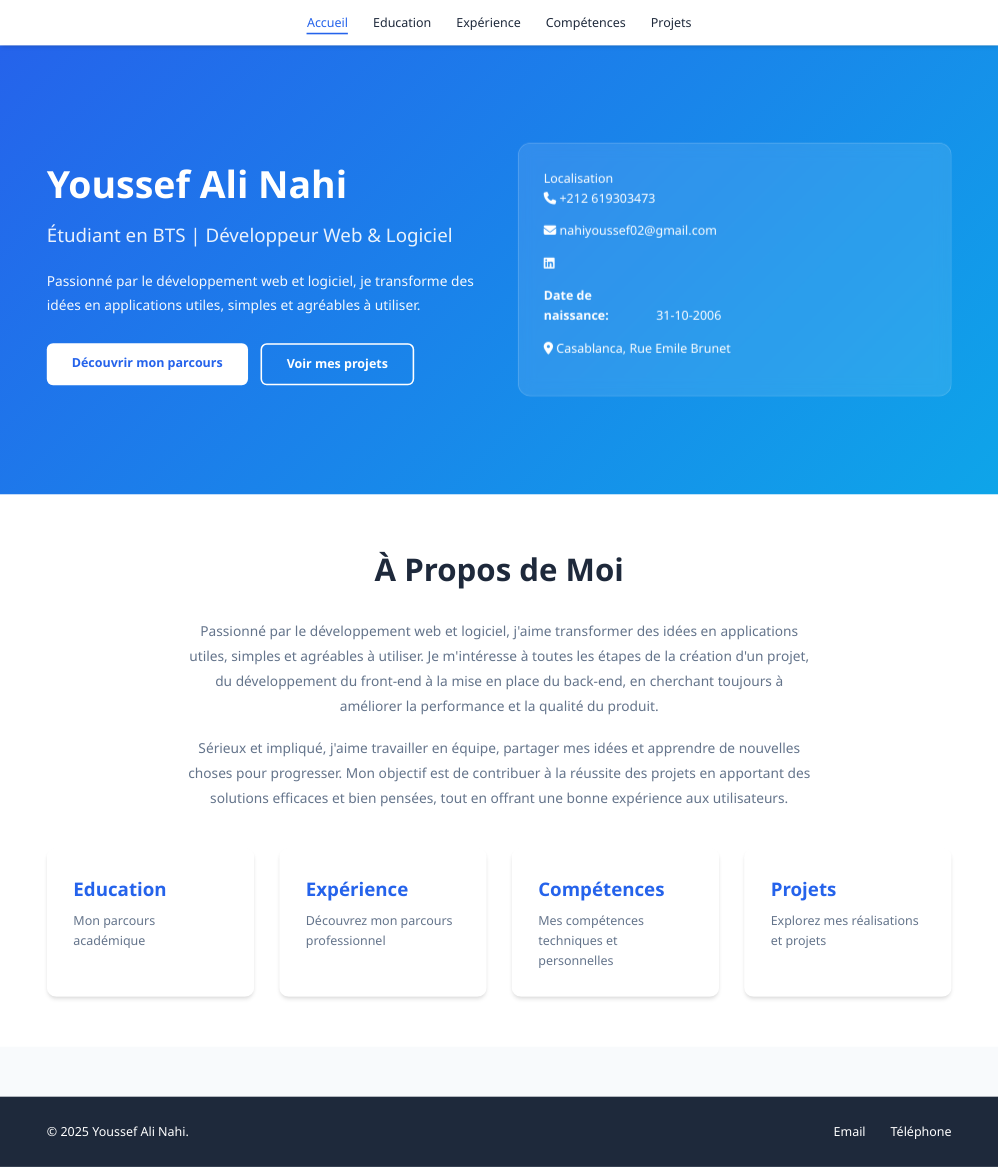
Repository: Youssef-Nahi504/My_Portfolio
Page: index.html
An editor plug-in stored every save of this project. The page is shown before and after the next save, followed by the edit.
The browser window is 1280 px wide. The pictures show the whole page, at 78% of full size.

Above is the page before, as saved 2025-12-21 13:25:13.

### index.html
<!DOCTYPE html>
<html lang="fr">

<head>
    <meta charset="UTF-8">
    <meta name="viewport" content="width=device-width, initial-scale=1.0">
    <title>Youssef Ali Nahi - Portfolio</title>
    <link rel="stylesheet" href="style.css">
    <link rel="stylesheet" href="https://cdnjs.cloudflare.com/ajax/libs/font-awesome/6.5.1/css/all.min.css">
</head>

<body>
    <nav class="navbar">
        <div class="nav-container">
            <ul class="nav-menu">
                <li><a href="index.html" class="active">Accueil</a></li>
                <li><a href="Education.html">Education</a></li>
                <li><a href="experience.html">Expérience</a></li>
                <li><a href="competences.html">Compétences</a></li>
                <li><a href="projets.html">Projets</a></li>
            </ul>
        </div>
    </nav>

    <main>
        <section class="hero">
            <div class="hero-content">
                <div class="hero-text">
                    <h1>Youssef Ali Nahi</h1>
                    <h2>Étudiant en BTS | Développeur Web & Logiciel</h2>
                    <p class="hero-subtitle">Passionné par le développement web et logiciel, je transforme des idées en
                        applications utiles, simples et agréables à utiliser.</p>
                    <div class="hero-buttons">
                        <a href="experience.html" class="btn btn-primary">Découvrir mon parcours</a>
                        <a href="projets.html" class="btn btn-secondary">Voir mes projets</a>
                    </div>
                </div>
                <div class="hero-image">
                    <div class="profile-card">
                        <div class="profile-info">

                             Localisation
                            <p><i class="fa-solid fa-phone"></i> +212 619303473</p>
                            <p> <i class="fa-solid fa-envelope"></i> nahiyoussef02@gmail.com</p>
                            <p><i class="fa-brands fa-linkedin"></i></p>
                            <p><strong>Date de naissance:</strong> 31-10-2006</p>
                            <p><i class="fa-solid fa-location-dot"></i> Casablanca, Rue Emile Brunet</p>
                        </div>
                    </div>
                </div>
            </div>
        </section>

        <section class="about">
            <div class="container">
                <h2 class="section-title">À Propos de Moi</h2>
                <div class="about-content">
                    <p>
                        Passionné par le développement web et logiciel, j'aime transformer des idées en applications
                        utiles, simples et agréables à utiliser. Je m'intéresse à toutes les étapes de la création d'un
                        projet, du développement du front-end à la mise en place du back-end, en cherchant toujours à
                        améliorer la performance et la qualité du produit.
                    </p>
                    <p>
                        Sérieux et impliqué, j'aime travailler en équipe, partager mes idées et apprendre de nouvelles
                        choses pour progresser. Mon objectif est de contribuer à la réussite des projets en apportant
                        des solutions efficaces et bien pensées, tout en offrant une bonne expérience aux utilisateurs.
                    </p>
                </div>
                <div class="quick-links">
                    <a href="Education.html" class="quick-link-card">
                        <h3>Education</h3>
                        <p>Mon parcours académique</p>
                    </a>

                    <a href="experience.html" class="quick-link-card">
                        <h3>Expérience</h3>
                        <p>Découvrez mon parcours professionnel</p>
                    </a>
                    <a href="competences.html" class="quick-link-card">
                        <h3>Compétences</h3>
                        <p>Mes compétences techniques et personnelles</p>
                    </a>
                    <a href="projets.html" class="quick-link-card">
                        <h3>Projets</h3>
                        <p>Explorez mes réalisations et projets</p>
                    </a>
                </div>
            </div>
        </section>
    </main>

    <footer>
        <div class="container">
            <p>&copy; 2025 Youssef Ali Nahi.</p>
            <div class="footer-links">
                <a href="mailto:nahiyoussef02@gmail.com">Email</a>
                <a href="tel:+212619303473">Téléphone</a>
            </div>
        </div>
    </footer>

    <script src="file.js"></script>
</body>

</html>

### style.css
* {
    margin: 0;
    padding: 0;
    box-sizing: border-box;
}

:root {
    --primary-color: #2563eb;
    --primary-dark: #1e40af;
    --secondary-color: #64748b;
    --accent-color: #0ea5e9;
    --text-dark: #1e293b;
    --text-light: #64748b;
    --bg-light: #f8fafc;
    --bg-white: #ffffff;
    --border-color: #e2e8f0;
    --shadow: 0 4px 6px -1px rgba(0, 0, 0, 0.1), 0 2px 4px -1px rgba(0, 0, 0, 0.06);
    --shadow-lg: 0 10px 15px -3px rgba(0, 0, 0, 0.1), 0 4px 6px -2px rgba(0, 0, 0, 0.05);
}

body {
    font-family: 'Segoe UI', Tahoma, Geneva, Verdana, sans-serif;
    line-height: 1.6;
    color: var(--text-dark);
    background-color: var(--bg-light);
}

.container {
    max-width: 1200px;
    margin: 0 auto;
    padding: 0 20px;
}

/* Navigation */
.navbar {
    background: var(--bg-white);
    box-shadow: var(--shadow);
    position: sticky;
    top: 0;
    z-index: 1000;
    padding: 1rem 0;
}

.nav-container {
    max-width: 1200px;
    margin: 0 auto;
    padding: 0 20px;
    display: flex;
  justify-content: center; /* horizontal */
  align-items: center;
}

.logo {
    font-size: 1.5rem;
    font-weight: bold;
    color: var(--primary-color);
    letter-spacing: 2px;
}

.nav-menu {
    display: flex;
    list-style: none;
    gap: 2rem;
}

.nav-menu a {
    text-decoration: none;
    color: var(--text-dark);
    font-weight: 500;
    transition: color 0.3s ease;
    position: relative;
}

.nav-menu a:hover,
.nav-menu a.active {
    color: var(--primary-color);
}

.nav-menu a.active::after {
    content: '';
    position: absolute;
    bottom: -5px;
    left: 0;
    width: 100%;
    height: 2px;
    background: var(--primary-color);
}

.hamburger {
    display: none;
    flex-direction: column;
    cursor: pointer;
    gap: 4px;
}

.hamburger span {
    width: 25px;
    height: 3px;
    background: var(--text-dark);
    transition: all 0.3s ease;
}

/* Hero Section */
.hero {
    background: linear-gradient(135deg, var(--primary-color) 0%, var(--accent-color) 100%);
    color: white;
    padding: 4rem 0;
    min-height: 80vh;
    display: flex;
    align-items: center;
}

.hero-content {
    max-width: 1200px;
    margin: 0 auto;
    padding: 0 20px;
    display: grid;
    grid-template-columns: 1fr 1fr;
    gap: 3rem;
    align-items: center;
}

.hero-text h1 {
    font-size: 3rem;
    margin-bottom: 0.5rem;
    font-weight: 700;
}

.hero-text h2 {
    font-size: 1.5rem;
    margin-bottom: 1.5rem;
    opacity: 0.9;
    font-weight: 400;
}

.hero-subtitle {
    font-size: 1.1rem;
    margin-bottom: 2rem;
    opacity: 0.95;
    line-height: 1.8;
}

.hero-buttons {
    display: flex;
    gap: 1rem;
    flex-wrap: wrap;
}

.btn {
    padding: 0.75rem 2rem;
    border-radius: 8px;
    text-decoration: none;
    font-weight: 600;
    transition: all 0.3s ease;
    display: inline-block;
}

.btn-primary {
    background: white;
    color: var(--primary-color);
}

.btn-primary:hover {
    transform: translateY(-2px);
    box-shadow: var(--shadow-lg);
}

.btn-secondary {
    background: transparent;
    color: white;
    border: 2px solid white;
}

.btn-secondary:hover {
    background: white;
    color: var(--primary-color);
}

.profile-card {
    background: rgba(255, 255, 255, 0.1);
    backdrop-filter: blur(10px);
    border-radius: 16px;
    padding: 2rem;
    border: 1px solid rgba(255, 255, 255, 0.2);
}

.profile-info p {
    margin-bottom: 1rem;
    font-size: 1rem;
}

.profile-info strong {
    display: inline-block;
    width: 140px;
}

/* About Section */
.about {
    padding: 4rem 0;
    background: var(--bg-white);
}

.section-title {
    font-size: 2.5rem;
    margin-bottom: 2rem;
    text-align: center;
    color: var(--text-dark);
}

.about-content {
    max-width: 800px;
    margin: 0 auto 3rem;
    text-align: center;
}

.about-content p {
    font-size: 1.1rem;
    color: var(--text-light);
    margin-bottom: 1.5rem;
    line-height: 1.8;
}

.quick-links {
    display: grid;
    grid-template-columns: repeat(auto-fit, minmax(250px, 1fr));
    gap: 2rem;
    margin-top: 3rem;
}

.quick-link-card {
    background: var(--bg-white);
    padding: 2rem;
    border-radius: 12px;
    text-decoration: none;
    color: var(--text-dark);
    box-shadow: var(--shadow);
    transition: all 0.3s ease;
    border: 2px solid transparent;
}

.quick-link-card:hover {
    transform: translateY(-5px);
    box-shadow: var(--shadow-lg);
    border-color: var(--primary-color);
}

.quick-link-card h3 {
    color: var(--primary-color);
    margin-bottom: 0.5rem;
    font-size: 1.5rem;
}

.quick-link-card p {
    color: var(--text-light);
}

/* Page Header */
.page-header {
    background: linear-gradient(135deg, var(--primary-color) 0%, var(--accent-color) 100%);
    color: white;
    padding: 3rem 0;
    text-align: center;
}

.page-header h1 {
    font-size: 3rem;
    margin-bottom: 0.5rem;
}

.page-header p {
    font-size: 1.2rem;
    opacity: 0.9;
}

/* Experience Section */
.experience-section {
    padding: 4rem 0;
    background: var(--bg-white);
}

.timeline {
    position: relative;
    max-width: 900px;
    margin: 0 auto;
    padding: 2rem 0;
}

.timeline::before {
    content: '';
    position: absolute;
    left: 30px;
    top: 0;
    bottom: 0;
    width: 2px;
    background: var(--border-color);
}

.timeline-item {
    position: relative;
    margin-bottom: 3rem;
    padding-left: 80px;
}

.timeline-marker {
    position: absolute;
    left: 22px;
    top: 0;
    width: 16px;
    height: 16px;
    border-radius: 50%;
    background: var(--primary-color);
    border: 4px solid var(--bg-white);
    box-shadow: var(--shadow);
}

.timeline-content {
    background: var(--bg-white);
    padding: 2rem;
    border-radius: 12px;
    box-shadow: var(--shadow);
    transition: all 0.3s ease;
}

.timeline-content:hover {
    box-shadow: var(--shadow-lg);
    transform: translateX(5px);
}

.timeline-date {
    color: var(--primary-color);
    font-weight: 600;
    margin-bottom: 0.5rem;
    font-size: 0.9rem;
}

.timeline-content h3 {
    color: var(--text-dark);
    margin-bottom: 0.25rem;
    font-size: 1.5rem;
}

.timeline-content h4 {
    color: var(--text-light);
    margin-bottom: 1rem;
    font-weight: 500;
}

.timeline-content ul {
    list-style: none;
    padding-left: 0;
}

.timeline-content li {
    padding-left: 1.5rem;
    position: relative;
    margin-bottom: 0.5rem;
    color: var(--text-light);
}

.timeline-content li::before {
    content: '▸';
    position: absolute;
    left: 0;
    color: var(--primary-color);
}

/* Education Section */
.education-section {
    padding: 4rem 0;
    background: var(--bg-light);
}

.education-grid {
    display: grid;
    grid-template-columns: repeat(auto-fit, minmax(300px, 1fr));
    gap: 2rem;
    max-width: 900px;
    margin: 0 auto;
}

.education-card {
    background: var(--bg-white);
    padding: 2rem;
    border-radius: 12px;
    box-shadow: var(--shadow);
    transition: all 0.3s ease;
    border-top: 4px solid var(--primary-color);
}

.education-card:hover {
    transform: translateY(-5px);
    box-shadow: var(--shadow-lg);
}

.education-year {
    color: var(--primary-color);
    font-weight: 600;
    margin-bottom: 1rem;
    font-size: 0.9rem;
}

.education-card h3 {
    color: var(--text-dark);
    margin-bottom: 0.5rem;
    font-size: 1.3rem;
}

.education-card h4 {
    color: var(--text-light);
    margin-bottom: 1rem;
    font-weight: 500;
}

.education-institution {
    color: var(--text-light);
    font-style: italic;
}

/* Skills Section */
.skills-section {
    padding: 4rem 0;
    background: var(--bg-white);
}

.skills-category {
    margin-bottom: 4rem;
}

.category-title {
    font-size: 2rem;
    margin-bottom: 2rem;
    color: var(--text-dark);
    text-align: center;
}

.skills-grid {
    display: grid;
    grid-template-columns: repeat(auto-fit, minmax(250px, 1fr));
    gap: 2rem;
}

.skill-group {
    background: var(--bg-light);
    padding: 1.5rem;
    border-radius: 12px;
    border-top: 4px solid var(--primary-color);
}

.skill-group h3 {
    color: var(--text-dark);
    margin-bottom: 1rem;
    font-size: 1.2rem;
}

.skill-tags {
    display: flex;
    flex-wrap: wrap;
    gap: 0.5rem;
}

.skill-tag {
    background: var(--accent-color);
    color: white;
    padding: 0.5rem 1rem;
    border-radius: 20px;
    font-size: 0.9rem;
    font-weight: 500;
}

.soft-skills-grid {
    display: grid;
    grid-template-columns: repeat(auto-fit, minmax(200px, 1fr));
    gap: 1.5rem;
}

.soft-skill-card {
    background: linear-gradient(135deg, var(--primary-color) 0%, var(--accent-color) 100%);
    color: white;
    padding: 2rem;
    border-radius: 12px;
    text-align: center;
    transition: all 0.3s ease;
}

.soft-skill-card:hover {
    transform: translateY(-5px);
    box-shadow: var(--shadow-lg);
}

.soft-skill-card h3 {
    font-size: 1.2rem;
}

.languages-grid,
.interests-grid {
    display: grid;
    grid-template-columns: repeat(auto-fit, minmax(200px, 1fr));
    gap: 1.5rem;
}

.language-card,
.interest-card {
    background: var(--bg-white);
    padding: 2rem;
    border-radius: 12px;
    box-shadow: var(--shadow);
    text-align: center;
    transition: all 0.3s ease;
    border-top: 4px solid var(--primary-color);
}

.language-card:hover,
.interest-card:hover {
    transform: translateY(-5px);
    box-shadow: var(--shadow-lg);
}

.language-card h3,
.interest-card h3 {
    color: var(--text-dark);
    margin-bottom: 0.5rem;
    font-size: 1.3rem;
}

.language-card p {
    color: var(--text-light);
    font-weight: 500;
}

/* Projects Section */
.projects-section {
    padding: 4rem 0;
    background: var(--bg-white);
}

.projects-grid {
    display: grid;
    grid-template-columns: repeat(auto-fit, minmax(300px, 1fr));
    gap: 2rem;
}

.project-card {
    background: var(--bg-white);
    padding: 2rem;
    border-radius: 12px;
    box-shadow: var(--shadow);
    transition: all 0.3s ease;
    border-top: 4px solid var(--primary-color);
    position: relative;
}

.project-badge {
    position: absolute;
    top: 1rem;
    right: 1rem;
    background: linear-gradient(135deg, var(--primary-color) 0%, var(--accent-color) 100%);
    color: white;
    padding: 0.4rem 0.8rem;
    border-radius: 20px;
    font-size: 0.75rem;
    font-weight: 600;
    text-transform: uppercase;
    letter-spacing: 0.5px;
}

.project-card:hover {
    transform: translateY(-5px);
    box-shadow: var(--shadow-lg);
}

.project-icon {
    font-size: 3rem;
    margin-bottom: 1rem;
}

.project-card h3 {
    color: var(--text-dark);
    margin-bottom: 0.75rem;
    font-size: 1.4rem;
}

.project-tech {
    color: var(--primary-color);
    font-weight: 600;
    margin-bottom: 1rem;
    font-size: 0.9rem;
}

.project-description {
    color: var(--text-light);
    line-height: 1.7;
}

/* Footer */
footer {
    background: var(--text-dark);
    color: white;
    padding: 2rem 0;
    margin-top: 4rem;
}

footer .container {
    display: flex;
    justify-content: space-between;
    align-items: center;
    flex-wrap: wrap;
    gap: 1rem;
}

.footer-links {
    display: flex;
    gap: 2rem;
}

.footer-links a {
    color: white;
    text-decoration: none;
    transition: color 0.3s ease;
}

.footer-links a:hover {
    color: var(--accent-color);
}

/* Responsive Design */
@media (max-width: 768px) {
    .hamburger {
        display: flex;
    }

    .nav-menu {
        position: fixed;
        left: -100%;
        top: 70px;
        flex-direction: column;
        background: var(--bg-white);
        width: 100%;
        text-align: center;
        transition: 0.3s;
        box-shadow: var(--shadow);
        padding: 2rem 0;
        gap: 0;
    }

    .nav-menu.active {
        left: 0;
    }

    .nav-menu li {
        margin: 1rem 0;
    }

    .hero-content {
        grid-template-columns: 1fr;
        text-align: center;
    }

    .hero-text h1 {
        font-size: 2rem;
    }

    .hero-text h2 {
        font-size: 1.2rem;
    }

    .section-title {
        font-size: 2rem;
    }

    .page-header h1 {
        font-size: 2rem;
    }

    .timeline::before {
        left: 15px;
    }

    .timeline-item {
        padding-left: 50px;
    }

    .timeline-marker {
        left: 7px;
    }

    .quick-links {
        grid-template-columns: 1fr;
    }

    footer .container {
        flex-direction: column;
        text-align: center;
    }
}

@media (max-width: 480px) {
    .hero {
        padding: 2rem 0;
        min-height: auto;
    }

    .hero-text h1 {
        font-size: 1.5rem;
    }

    .btn {
        padding: 0.6rem 1.5rem;
        font-size: 0.9rem;
    }

    .projects-grid,
    .education-grid {
        grid-template-columns: 1fr;
    }
}

### file.js
// Mobile Navigation Toggle
const hamburger = document.querySelector('.hamburger');
const navMenu = document.querySelector('.nav-menu');

if (hamburger && navMenu) {
    hamburger.addEventListener('click', () => {
        navMenu.classList.toggle('active');

        // Animate hamburger
        const spans = hamburger.querySelectorAll('span');
        if (navMenu.classList.contains('active')) {
            spans[0].style.transform = 'rotate(45deg) translate(5px, 5px)';
            spans[1].style.opacity = '0';
            spans[2].style.transform = 'rotate(-45deg) translate(7px, -6px)';
        } else {
            spans[0].style.transform = 'none';
            spans[1].style.opacity = '1';
            spans[2].style.transform = 'none';
        }
    });

    // Close menu when clicking on a link
    document.querySelectorAll('.nav-menu a').forEach(link => {
        link.addEventListener('click', () => {
            navMenu.classList.remove('active');
            const spans = hamburger.querySelectorAll('span');
            spans[0].style.transform = 'none';
            spans[1].style.opacity = '1';
            spans[2].style.transform = 'none';
        });
    });

    // Close menu when clicking outside
    document.addEventListener('click', (e) => {
        if (!hamburger.contains(e.target) && !navMenu.contains(e.target)) {
            navMenu.classList.remove('active');
            const spans = hamburger.querySelectorAll('span');
            spans[0].style.transform = 'none';
            spans[1].style.opacity = '1';
            spans[2].style.transform = 'none';
        }
    });
}

// Smooth scroll for anchor links
document.querySelectorAll('a[href^="#"]').forEach(anchor => {
    anchor.addEventListener('click', function (e) {
        e.preventDefault();
        const target = document.querySelector(this.getAttribute('href'));
        if (target) {
            target.scrollIntoView({
                behavior: 'smooth',
                block: 'start'
            });
        }
    });
});

// Add scroll animation
const observerOptions = {
    threshold: 0.1,
    rootMargin: '0px 0px -50px 0px'
};

const observer = new IntersectionObserver((entries) => {
    entries.forEach(entry => {
        if (entry.isIntersecting) {
            entry.target.style.opacity = '1';
            entry.target.style.transform = 'translateY(0)';
        }
    });
}, observerOptions);

// Observe elements for animation
document.addEventListener('DOMContentLoaded', () => {
    const animateElements = document.querySelectorAll('.project-card, .education-card, .timeline-item, .skill-group, .soft-skill-card, .language-card, .interest-card, .quick-link-card');

    animateElements.forEach(el => {
        el.style.opacity = '0';
        el.style.transform = 'translateY(20px)';
        el.style.transition = 'opacity 0.6s ease, transform 0.6s ease';
        observer.observe(el);
    });
});

// Add active page highlighting
document.addEventListener('DOMContentLoaded', () => {
    const currentPage = window.location.pathname.split('/').pop() || 'index.html';
    const navLinks = document.querySelectorAll('.nav-menu a');

    navLinks.forEach(link => {
        const linkPage = link.getAttribute('href');
        if (linkPage === currentPage || (currentPage === '' && linkPage === 'index.html')) {
            link.classList.add('active');
        } else {
            link.classList.remove('active');
        }
    });
});

After the next save:
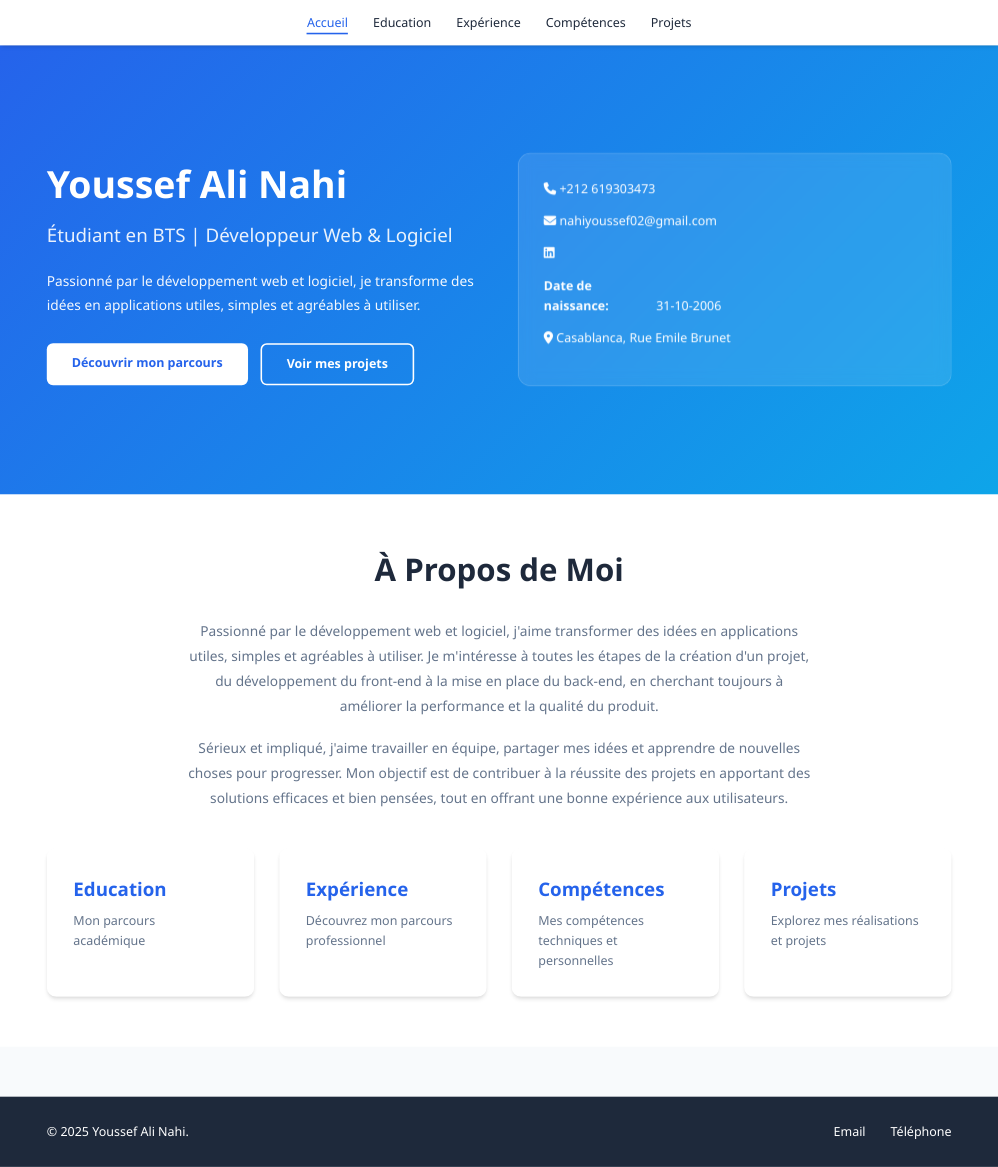
Saved 6 s later.
--- a/index.html
+++ b/index.html
@@ -39,7 +39,6 @@
                     <div class="profile-card">
                         <div class="profile-info">
 
-                             Localisation
                             <p><i class="fa-solid fa-phone"></i> +212 619303473</p>
                             <p> <i class="fa-solid fa-envelope"></i> nahiyoussef02@gmail.com</p>
                             <p><i class="fa-brands fa-linkedin"></i></p>
